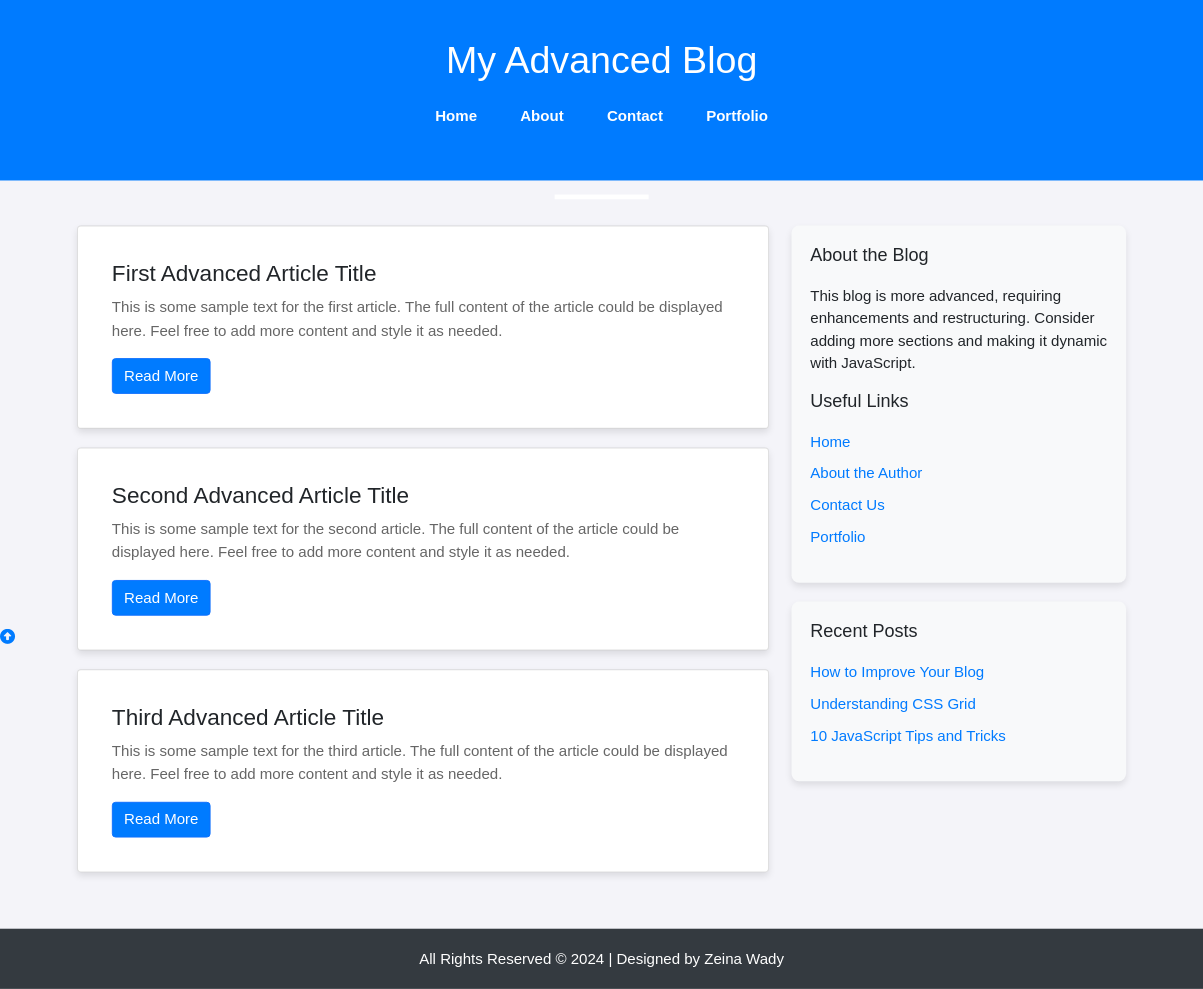
Repository: zeinawady/Blog-Code-Refactoring
Page: index.html
The author's editor kept a copy of each file at every save. The page is drawn from the files as they stood at one save, then again after a run of saves.
The browser window is 1280 px wide. The pictures show the whole page, at 94% of full size.
Some web libraries are served in a nearby version.

Above is the page before, as saved 2024-09-23 15:32:42.

After the next 2 saves:
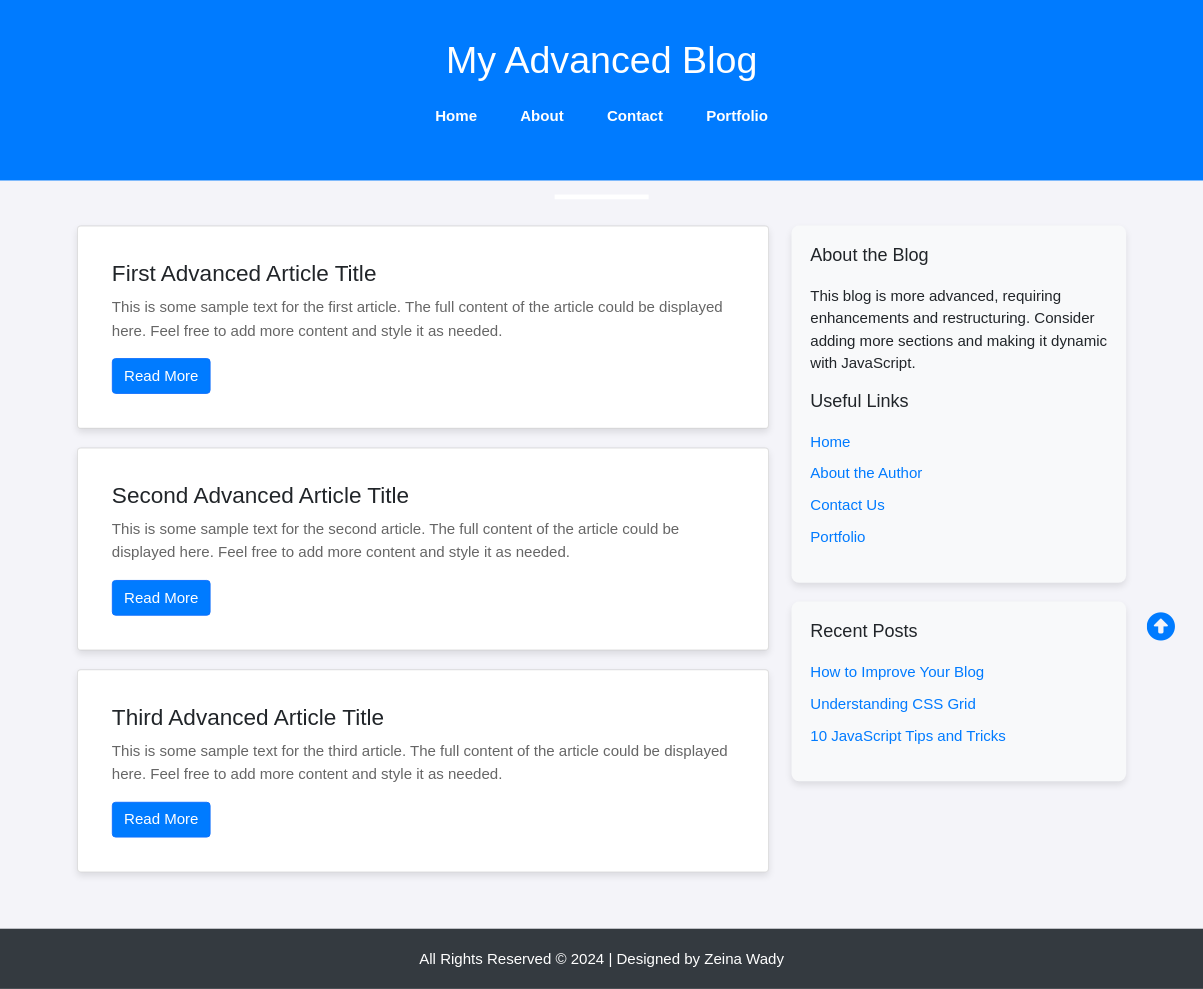
The 2 saves are shown as one change because they came seconds apart.
The last was saved 6 s later.
--- a/style.css
+++ b/style.css
@@ -27,7 +27,8 @@ body {
  .scroll-to-top{
     position: fixed;
     bottom: 30px;
-    ri
+    right: 30px;
+    font-size: 30px;
  }
   nav a {
     margin: 0 15px;
